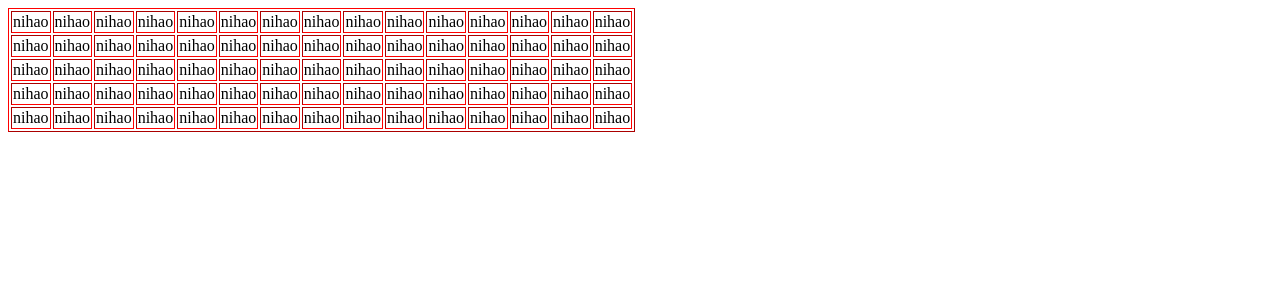
Repository: 728064001/MyProject
Page: http://localhost/CMS/test.jsp
An editor plug-in stored every save of this project. The page is shown before and after the next save, followed by the edit.
The browser window is 1280 px wide. The pictures show the whole page.
The page is served by Tomcat 9. Other server files are loaded and not shown.

Above is the page before, as saved 2013-08-05 03:49:00.

### cms-server-code/CMS/WebRoot/test.jsp
<%@ page language="java" import="java.util.*" pageEncoding="UTF-8"%>
<%
String path = request.getContextPath();
String basePath = request.getScheme()+"://"+request.getServerName()+":"+request.getServerPort()+path+"/";
%>

<!DOCTYPE HTML PUBLIC "-//W3C//DTD HTML 4.01 Transitional//EN">
<html>
  <head>
    <base href="<%=basePath%>">

    <title>jquery创建表格</title>

	<meta http-equiv="pragma" content="no-cache">
	<meta http-equiv="cache-control" content="no-cache">
	<meta http-equiv="expires" content="0">
	<meta http-equiv="keywords" content="keyword1,keyword2,keyword3">
	<meta http-equiv="description" content="This is my page">
	<!--
	<link rel="stylesheet" type="text/css" href="styles.css">
	-->
		<script type="text/javascript" src="js/jquery-1.10.1.js">	</script>
	</head>

	<body>
		<script type="text/javascript">
	$(function(){
			var dom_table = $("<table></table>");
			dom_table.attr("border","1px");
			dom_table.css("border-color","red","border-width","1px","border-style","solid");
		    for (var j = 0; j < 5; j++) {
		        var dom_tr = $('<tr></tr>');
		        for (var i = 0; i < 15; i++) {
		            var dom_td = $("<td>nihao</td>");
		            dom_tr.append(dom_td);
		        }
		        dom_table.append(dom_tr);
		    }
		    $("#t").append(dom_table);
	});
		</script>
		<div id="t" ></div>
	</body>
</html>

Loaded but not shown: cms-server-code/CMS/WebRoot/js/jquery-1.10.1.js (library)

After the next save:
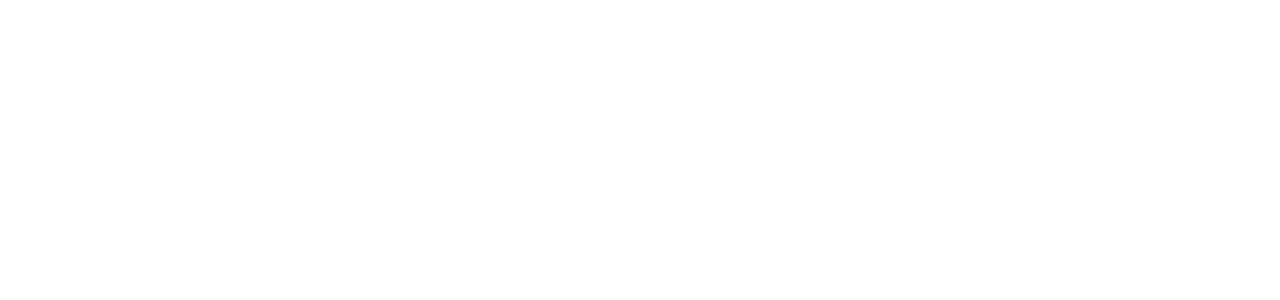
Console error: ReferenceError: dom_bable is not defined
Saved 3 min 14 s later.
--- a/cms-server-code/CMS/WebRoot/test.jsp
+++ b/cms-server-code/CMS/WebRoot/test.jsp
@@ -27,6 +27,7 @@
 	$(function(){
 			var dom_table = $("<table></table>");
 			dom_table.attr("border","1px");
+			dom_bable.attr("cellspacing","0px");
 			dom_table.css("border-color","red","border-width","1px","border-style","solid");
 		    for (var j = 0; j < 5; j++) {
 		        var dom_tr = $('<tr></tr>');

After the 3 saves that followed:
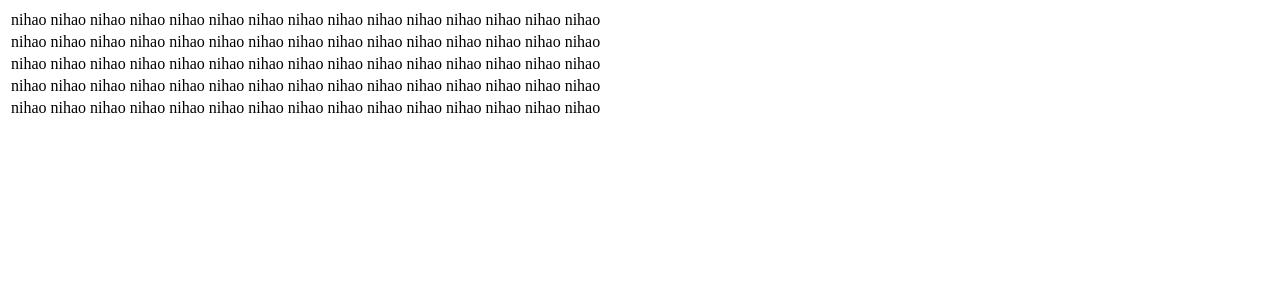
The error is gone.
The 3 saves are shown as one change because 2 left the picture as it was.
The last was saved 47 s later.
--- a/cms-server-code/CMS/WebRoot/test.jsp
+++ b/cms-server-code/CMS/WebRoot/test.jsp
@@ -26,8 +26,6 @@
 		<script type="text/javascript">
 	$(function(){
 			var dom_table = $("<table></table>");
-			dom_table.attr("border","1px");
-			dom_bable.attr("cellspacing","0px");
 			dom_table.css("border-color","red","border-width","1px","border-style","solid");
 		    for (var j = 0; j < 5; j++) {
 		        var dom_tr = $('<tr></tr>');
